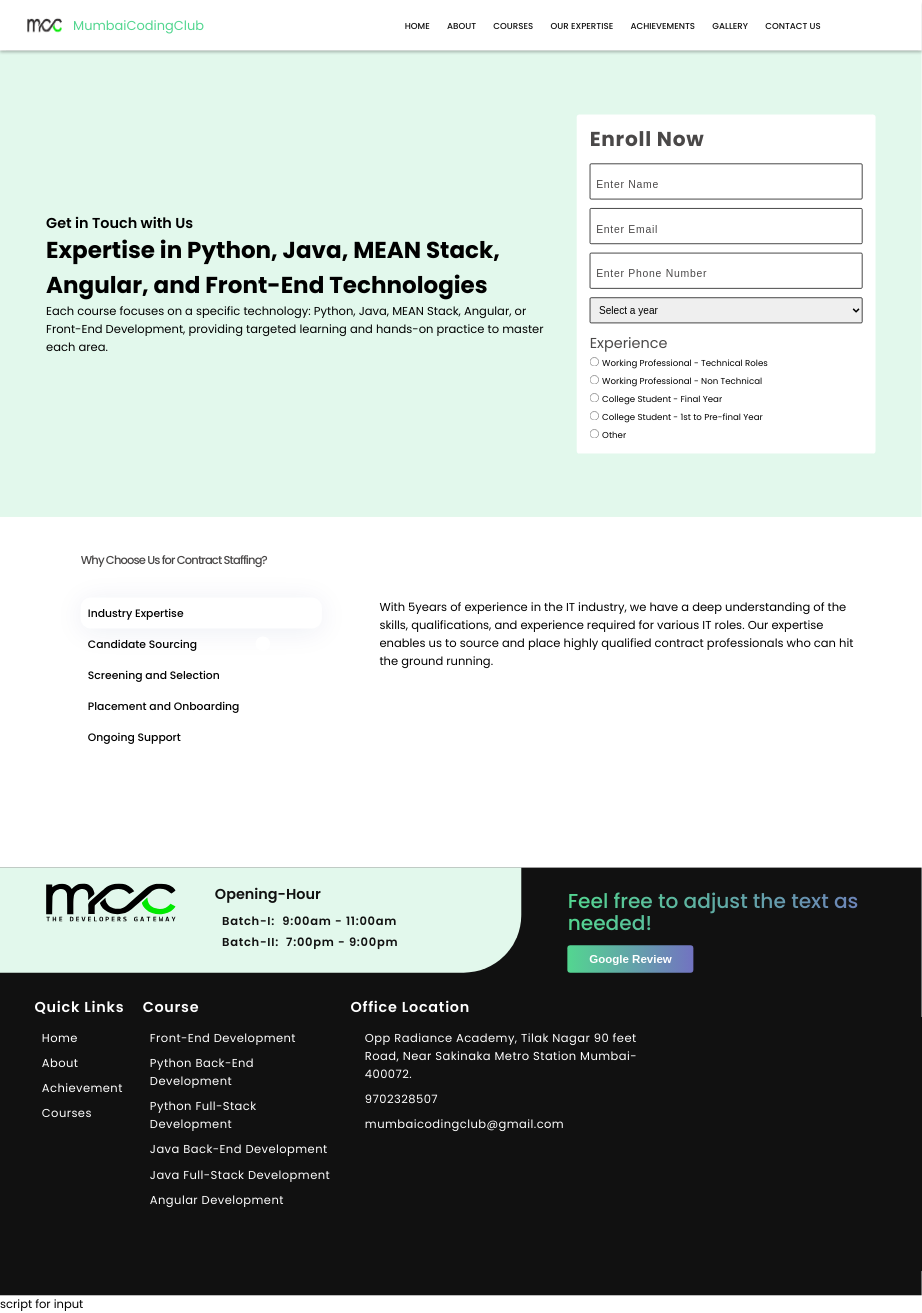
Repository: msmsa2001/mcc-theme
Page: contact.html
An editor plug-in stored every save of this project. The page is shown before and after the next save, followed by the edit.
The browser window is 1280 px wide. The pictures show the whole page, at 72% of full size.
Pictures or frames that could not be fetched are drawn as grey boxes.

Above is the page before, as saved 2024-07-26 02:31:45.
Console error: TypeError: Cannot read properties of null (reading 'querySelector')

After the next save:
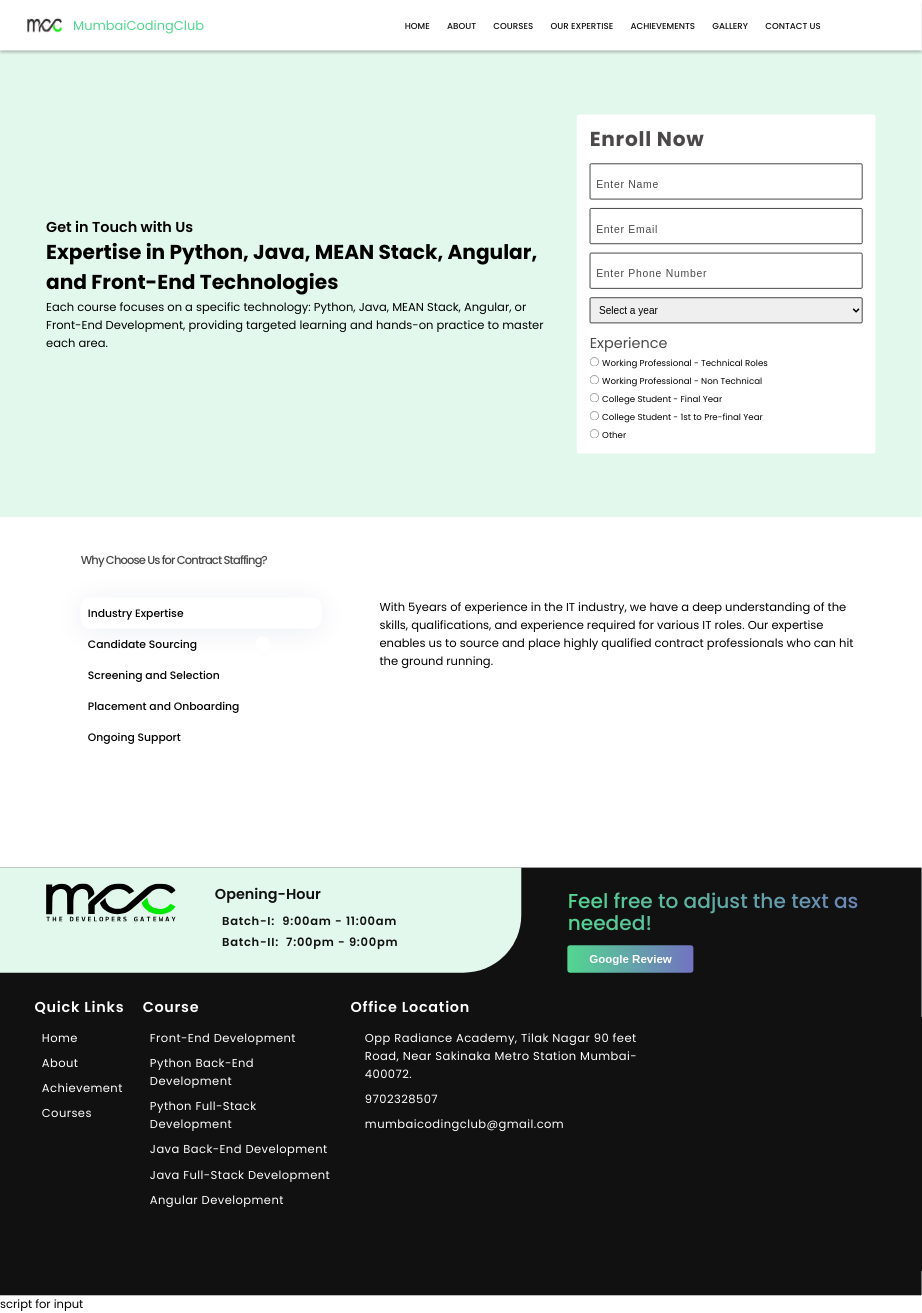
Saved 27 s later.
--- a/contact.css
+++ b/contact.css
@@ -37,6 +37,9 @@ body{
 .container1 .sec1 h3{
     font-size: var(--font-size1);
     font-weight: 600;
+}
+.container1 .sec1 h1{
+    font-size: var(--font-size2);
 }
 .container1 .sec2 form{
     background: #fff;
